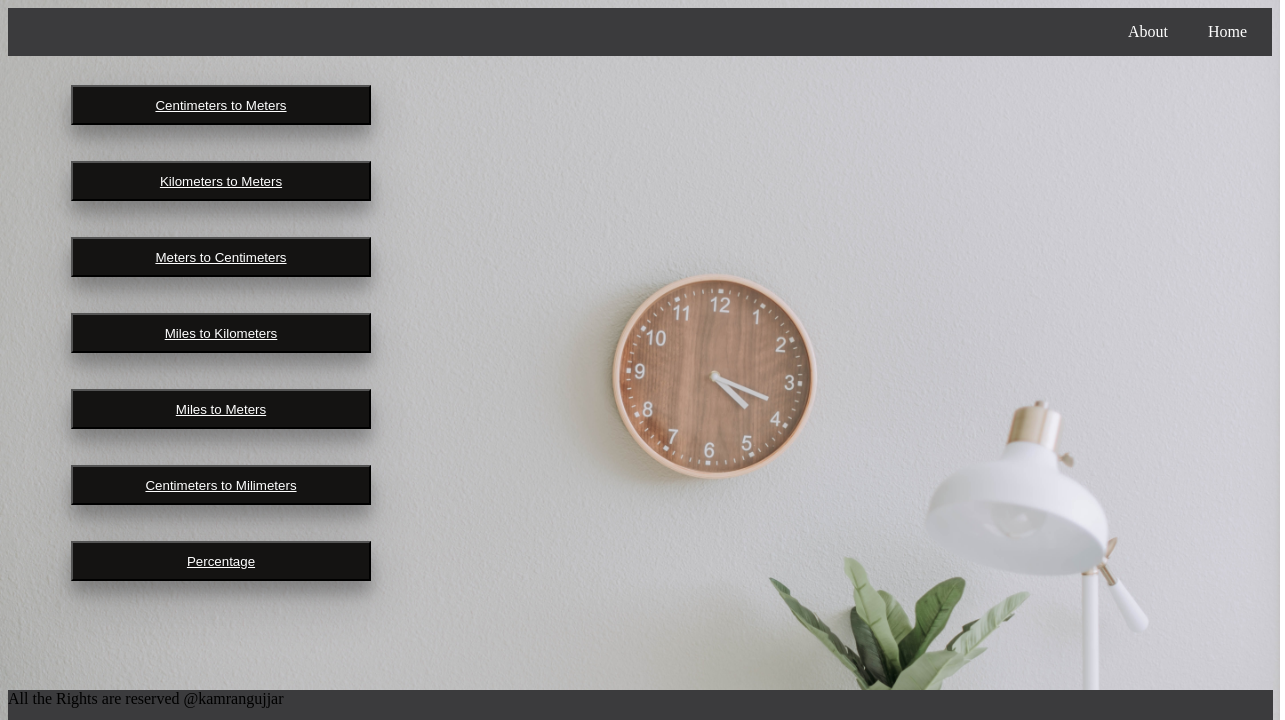
Repository: Kamrangujjar85112/Length-Converter
Page: html/home.html
The author's editor kept a copy of each file at every save. The page is drawn from the files as they stood at one save, then again after the next save.
The browser window is 1280 px wide. The page is 1280 px wide, then 1285 px, so the pictures cover 1285 px, including what lies to the right of the window. The pictures show the whole page.

Above is the page before, as saved 2022-01-21 05:18:10.

### html/home.html
<!-- home -->
<!DOCTYPE html>
<html lang="en">
<head>
    <meta charset="UTF-8">
    <meta http-equiv="X-UA-Compatible" content="IE=edge">
    <meta name="viewport" content="width=device-width, initial-scale=1.0">
    <title>Home</title>
    <link rel="stylesheet" href="../css/style.css">

</head>
<body>

   <div class="container ">
        <div class="header">
            <nav>
                <ul class="nav-ul">
                    <li class="nav-li"><a href="home.html">Home</a></li>
                    <li class="nav-li"><a href="about.html">About</a></li>
                </ul>
            </nav>
        </div>
            <ul>
                <li class="link">
                    <button><a href="cm_km.html">Centimeters to Meters</a></button>
                </li>
                <li class="link">
                    <button><a href="km_m.html">Kilometers to Meters</a></button>
                </li>
                <li class="link">
                    <button><a href="m_cm.html">Meters to Centimeters</a></button>
                </li>
                <li class="link">
                    <button><a href="mi_km.html">Miles to Kilometers</a></button>
                </li>
                <li class="link">
                    <button><a href="mi_m.html">Miles to Meters</a></button>
                </li>
                <li class="link">
                    <button><a href="cm_mm.html">Centimeters to Milimeters</a></button>
                </li>
                <li class="link">
                    <button><a href="percentage.html">Percentage</a></button>
                </li>
            </ul>
        </div>
        <footer class="footer">
            <span>All the Rights are reserved @kamrangujjar</span>
          </footer>
    </div>
</body>
</html>

### css/style.css
  body{
    background-image: url('backg.jpg');
    background-repeat: no-repeat;
    background-attachment: fixed;
    background-size: cover;
}
.header{
    top: 0;
    width: 100%;
    margin: 0;
    position: relative;

}
.nav-ul{
    list-style-type: none;
    margin: 0;
    overflow: hidden;
    background: rgb(59, 59, 61);
  }

.nav-li {
    padding-right: 10px;
    float: right;
    align-items: inherit;
}

.nav-li a {
    display: block;
    color: rgb(255, 255, 255);
    text-align:center;
    padding: 15px 15px;
    text-decoration: none;
}
.link {
    list-style: none;
    text-align: left;
    align-items: left;
    margin: 10px;
    width: 300px;
}
.link a{
    color: rgb(255, 255, 255);
}

.nav-li a:hover {
    background-color: #0ac577;
}
.footer{
    bottom: 0;
    width: 98.8%;
    position: fixed;
    height: 30px;
    align-items: center;
    background: rgb(59, 59, 61);
}
button{
    width: 100%;
    height:40px;
    background-color: #141312;
    margin:13px;
    box-shadow: 0 12px 16px 0 rgba(0,0,0,0.24), 0 17px 50px 0 rgba(0,0,0,0.19);
}

After the next save:
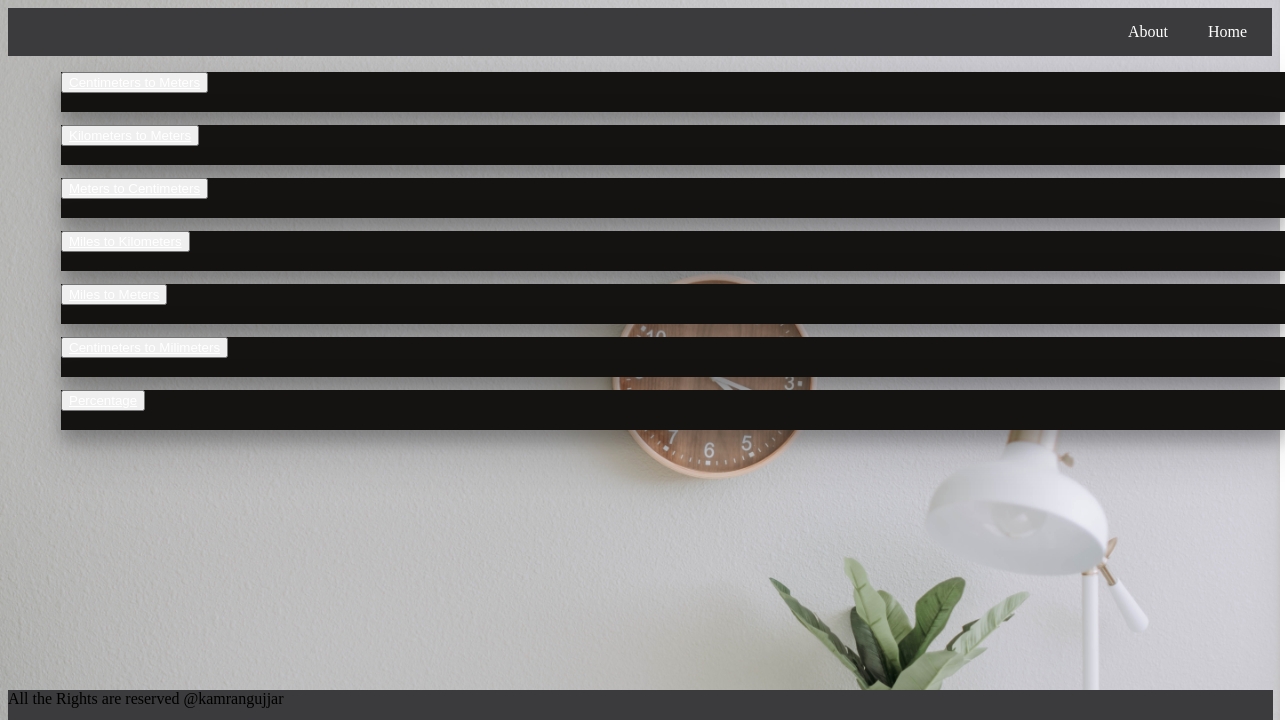
Saved 64 s later.
--- a/css/style.css
+++ b/css/style.css
@@ -37,6 +37,11 @@
     align-items: left;
     margin: 10px;
     width: 300px;
+    width: 100%;
+    height:40px;
+    background-color: #141312;
+    margin:13px;
+    box-shadow: 0 12px 16px 0 rgba(0,0,0,0.24), 0 17px 50px 0 rgba(0,0,0,0.19);
 }
 .link a{
     color: rgb(255, 255, 255);
@@ -53,10 +58,3 @@
     align-items: center;
     background: rgb(59, 59, 61);
 }
-button{
-    width: 100%;
-    height:40px;
-    background-color: #141312;
-    margin:13px;
-    box-shadow: 0 12px 16px 0 rgba(0,0,0,0.24), 0 17px 50px 0 rgba(0,0,0,0.19);
-}
